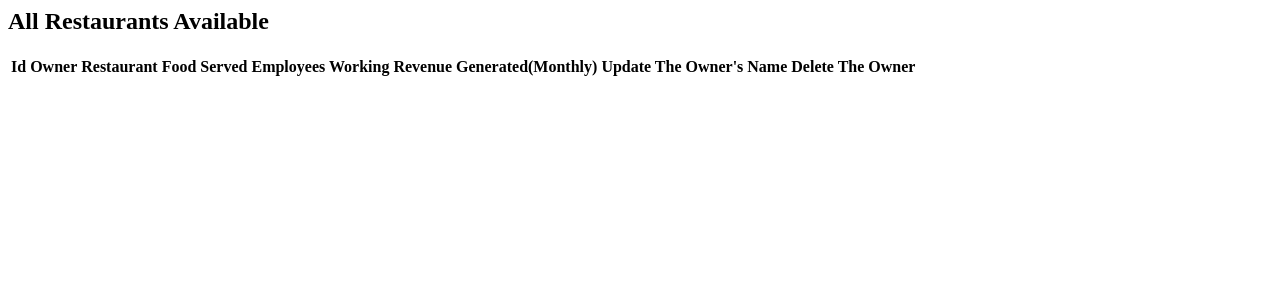
Repository: Kartik-DEV31/CTS-Training-NOVDEC-2020-Project
Page: http://localhost/RestaurantChainManagmentApplication/WEB-INF/jspPages/allRestaurantsData.jsp
The author's editor kept a copy of each file at every save. The page is drawn from the files as they stood at one save, then again after the next save.
The browser window is 1280 px wide. The pictures show the whole page.
The page is served by Tomcat 9. Nobody is signed in. Other server files are loaded and not shown. The template is opened directly, without the code that normally fills it, so the values that code supplies are empty.

Above is the page before, as saved 2020-12-17 06:55:32.

### CTS-NOV2020-TrainingProject/RestaurantChainManagmentApplication/src/main/webapp/WEB-INF/jspPages/allRestaurantsData.jsp
<%@ page language="java" contentType="text/html; charset=ISO-8859-1"
	pageEncoding="ISO-8859-1"%>
<%@ taglib uri="http://java.sun.com/jsp/jstl/core" prefix="c"%>
<html>
<body>
	<h2>All Restaurants Available</h2>

	<table class="container">
		<thead>
			<tr>
				<th>Id</th>
				<th>Owner</th>
				<th>Restaurant</th>
				<th>Food Served</th>
				<th>Employees Working</th>
				<th>Revenue Generated(Monthly)</th>
				<th>Update The Owner's Name</th>
				<th>Delete The Owner</th>
			</tr>
		</thead>
		<tbody>
			<tr>
				<c:forEach var="data" items="${data}" varStatus="status">
					<tr>
						<td>${data.id}</td>
						<td>${data.restaurantOwner}</td>
						<td><c:forEach var="data2"
								items="${data.specificRestaurantDetails}" varStatus="status">

						${data2.restaurantName}<br>
								<br>

							</c:forEach></td>


						<td><c:forEach var="data2"
								items="${data.specificRestaurantDetails}" varStatus="status">

						${data2.restaurantType}<br>
								<br>

							</c:forEach></td>

						<td><c:forEach var="data2"
								items="${data.specificRestaurantDetails}" varStatus="status">

						${data2.employeeCount}<br>
								<br>

							</c:forEach></td>


						<td><c:forEach var="data2"
								items="${data.specificRestaurantDetails}" varStatus="status">

						${data2.revenue}<br>
								<br>

							</c:forEach></td>

						<td>
							<form action="updateOwnerName" method="post">
								<input type="text" name="ownerName"
									placeholder="Enter New Owner Name..." /> <input type="hidden"
									name="oldOwnerName" value="${data.restaurantOwner}" /> <input
									type="hidden" name="id" value="${data.id}" /> <input
									type="submit" value="Update" />

							</form>
						</td>

						<td>
							<form action="deleteOwner" method="post">
								<input type="submit" name="delete_user" value="Delete" /> <input
									type="hidden" name="user" value="${data.id}" />
							</form>
						</td>



					</tr>
				</c:forEach>





			</tr>
		</tbody>
	</table>
</body>
</html>

### CTS-NOV2020-TrainingProject/RestaurantChainManagmentApplication/src/main/resources/static/css/style.css
@charset "ISO-8859-1";

@import url(https://fonts.googleapis.com/css?family=Open+Sans:300,400,700);

body {
  font-family: 'Open Sans', sans-serif;
  font-weight: 300;
  line-height: 1.42em;
  color:#A7A1AE;
  background-color:#1F2739;
}

h1 {
  font-size:3em;
  font-weight: 300;
  line-height:1em;
  text-align: center;
  color: #4DC3FA;
}

h2 {
  font-size:1em;
  font-weight: 300;
  text-align: center;
  display: block;
  line-height:1em;
  padding-bottom: 2em;
  color: #FB667A;
}

h2 a {
  font-weight: 700;
  text-transform: uppercase;
  color: #FB667A;
  text-decoration: none;
}


#homepage{

	margin-top:-50px;
position: fixed;
right: 3%;




}



.homeButton{
   width:100%;
   padding:10px;
color: white;
background: olive;
    border-radius:10px;
     outline: 0;
    border: 0;
     display: block;

}











.blue { color: #185875; }
.yellow { color: #FFF842; }

.container th h1 {
	  font-weight: bold;
	  font-size: 1em;
  text-align: left;
  color: #185875;
}


.container td {
	  font-weight: normal;
	  font-size: 1em;
  -webkit-box-shadow: 0 2px 2px -2px #0E1119;
	   -moz-box-shadow: 0 2px 2px -2px #0E1119;
	        box-shadow: 0 2px 2px -2px #0E1119;
}

.container {
	  text-align: left;
	  overflow: hidden;
	  width: 90%;
	  margin: 0 auto;
  display: table;
  padding: 0 0 8em 0;
}

.container td, .container th {
	  padding-bottom: 2%;
	  padding-top: 2%;
  padding-left:-1%;
}

/* Background-color of the odd rows */
.container tr:nth-child(odd) {
	  background-color: #323C50;
}

/* Background-color of the even rows */
.container tr:nth-child(even) {
	  background-color: #2C3446;
}

.container th {
	  background-color: #1F2739;
}

.container td:first-child { color: #FB667A; }

.container tr:hover {
   background-color: #464A52;
-webkit-box-shadow: 0 6px 6px -6px #0E1119;
	   -moz-box-shadow: 0 6px 6px -6px #0E1119;
	        box-shadow: 0 6px 6px -6px #0E1119;
}

.container td:hover {
  background-color: #FFF842;
  color: #403E10;
  font-weight: bold;

  box-shadow: #7F7C21 -1px 1px, #7F7C21 -2px 2px, #7F7C21 -3px 3px, #7F7C21 -4px 4px, #7F7C21 -5px 5px, #7F7C21 -6px 6px;
  transform: translate3d(6px, -6px, 0);

  transition-delay: 0s;
	  transition-duration: 0.4s;
	  transition-property: all;
  transition-timing-function: line;
}







@media (max-width: 800px) {
.container td:nth-child(4),
.container th:nth-child(4) { display: none; }
}

After the next save:
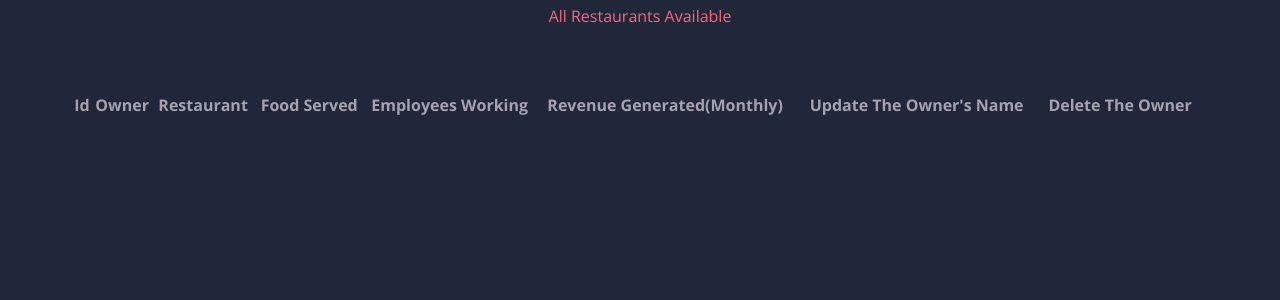
Saved 6 min 20 s later.
--- a/CTS-NOV2020-TrainingProject/RestaurantChainManagmentApplication/src/main/webapp/WEB-INF/jspPages/allRestaurantsData.jsp
+++ b/CTS-NOV2020-TrainingProject/RestaurantChainManagmentApplication/src/main/webapp/WEB-INF/jspPages/allRestaurantsData.jsp
@@ -1,6 +1,9 @@
 <%@ page language="java" contentType="text/html; charset=ISO-8859-1"
 	pageEncoding="ISO-8859-1"%>
 <%@ taglib uri="http://java.sun.com/jsp/jstl/core" prefix="c"%>
+
+<link href="<c:url value="/css/style.css" />" rel="stylesheet">
+
 <html>
 <body>
 	<h2>All Restaurants Available</h2>
